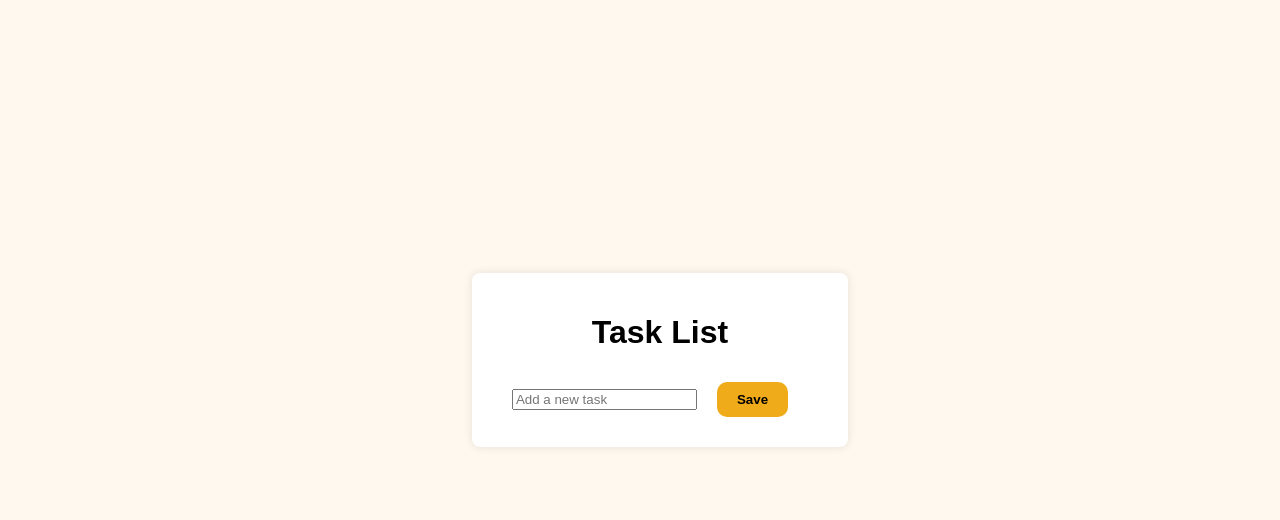
Repository: lpcmendoza/frontend-lab4
Page: /
An editor plug-in stored every save of this project. The page is shown before and after the next save, followed by the edit.
The browser window is 1280 px wide. The pictures show the whole page.
The project was rebuilt for these pictures with package versions that can differ from the ones it lists, and the page was loaded fresh each time. Also part of the build but not shown: vite.config.js, src/index.css.

Above is the page before, as saved 2024-10-19 19:08:56.

### src/App.jsx
import React from 'react';
import TaskList from './components/TaskList';
import './App.css'; // Ensure your styles are imported

const App = () => {
    return (
        <div className="container">
            <TaskList />
        </div>
    );
};

export default App;

### src/components/TaskList.jsx
import React, { useState, useEffect } from 'react';

const TaskList = () => {
    const [tasks, setTasks] = useState([]);
    const [inputValue, setInputValue] = useState('');

    // Load tasks from local storage when the component mounts
    useEffect(() => {
        const savedTasks = localStorage.getItem('tasks');
        if (savedTasks) {
            setTasks(JSON.parse(savedTasks));
        }
    }, []);

    // Save tasks to local storage whenever they change
    useEffect(() => {
        localStorage.setItem('tasks', JSON.stringify(tasks));
    }, [tasks]);

    const addTask = () => {
        if (inputValue.trim() !== '') {
            setTasks([...tasks, { text: inputValue, completed: false }]);
            setInputValue(''); // Clear input after adding task
        }
    };

    const toggleTaskCompletion = (index) => {
        const updatedTasks = tasks.map((task, i) =>
            i === index ? { ...task, completed: !task.completed } : task
        );
        setTasks(updatedTasks);
    };

    const removeTask = (index) => {
        const updatedTasks = tasks.filter((_, i) => i !== index);
        setTasks(updatedTasks);
    };

    return (
        <div>
            <h1>Task List</h1>
            <input
                type="text"
                value={inputValue}
                onChange={(e) => setInputValue(e.target.value)}
                placeholder="Add a new task"
            />
            <button onClick={addTask}>Save</button>

            <ul style={{ listStyleType: 'none', padding: 0 }}>
                {tasks.map((task, index) => (
                    <li key={index} style={{ display: 'flex', alignItems: 'center' }}>
                        <input
                            type="checkbox"
                            checked={task.completed}
                            onChange={() => toggleTaskCompletion(index)}
                            style={{ marginRight: '10px' }}
                        />
                        <span
                            style={{
                                textDecoration: task.completed ? 'line-through' : 'none',
                                flexGrow: 1, // Make the span take up available space
                            }}
                        >
                            {task.text}
                        </span>
                        <button onClick={() => removeTask(index)}>Remove</button>
                    </li>
                ))}
            </ul>
        </div>
    );
};

export default TaskList;

### src/App.css
/* App.css */

body {
  font-family: Arial, sans-serif;
  margin: 0; /* Remove default margin */
  height: 100vh; /* Make body full height */
  display: flex; /* Use flexbox */
  justify-content: center; /* Center horizontally */
  align-items: center; /* Center vertically */
  background-color: #FEF8EF;
}

.container {
  text-align: center; /* Center text inside the container */
  width: 100%; /* Full width for the container */
  max-width: 400px; /* Set a maximum width for the task list */
  padding: 20px; /* Add some padding */
  box-shadow: 0 0 10px rgba(0, 0, 0, 0.1); /* Optional: Add some shadow for aesthetics */
  border-radius: 8px; /* Optional: Rounded corners */
  background-color: #fff; /* Optional: White background for better contrast */
}

ul {
  list-style-type: none; /* Remove bullet points */
  padding: 0; /* Remove padding */
  margin: 0; /* Remove margin */
  text-align: left;
}

li {
  display: flex; /* Use flexbox to align items */
  align-items: left; /* Center vertically */
  margin: 20px 0; /* Space between tasks */
  gap: 10px;
}

button {
  margin: 10px 20px;
  padding: 10px 20px;
  background-color: #F0AB1A;
  color: black;
  border: none;
  border-radius: 10px;
  cursor: pointer;
  font-weight: bold;
}

Loaded but not shown: index.html (common file); src/main.jsx (common file)

After the next save:
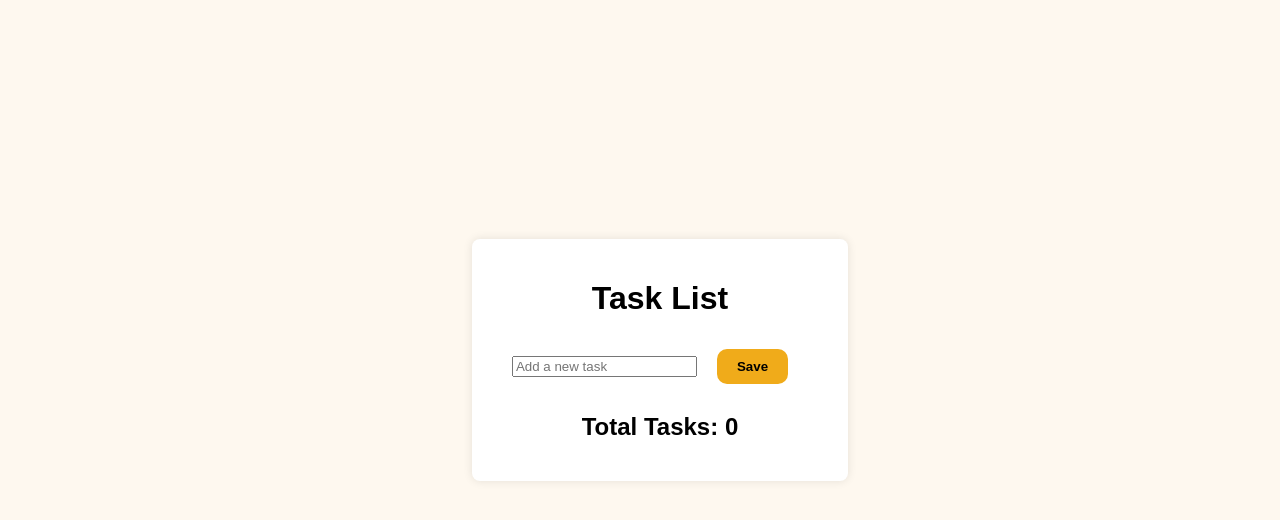
Saved 6 days later.
--- a/src/components/TaskList.jsx
+++ b/src/components/TaskList.jsx
@@ -47,6 +47,8 @@ const TaskList = () => {
             />
             <button onClick={addTask}>Save</button>
 
+            <h2>Total Tasks: {tasks.length}</h2> {/* Display task count here */}
+
             <ul style={{ listStyleType: 'none', padding: 0 }}>
                 {tasks.map((task, index) => (
                     <li key={index} style={{ display: 'flex', alignItems: 'center' }}>
